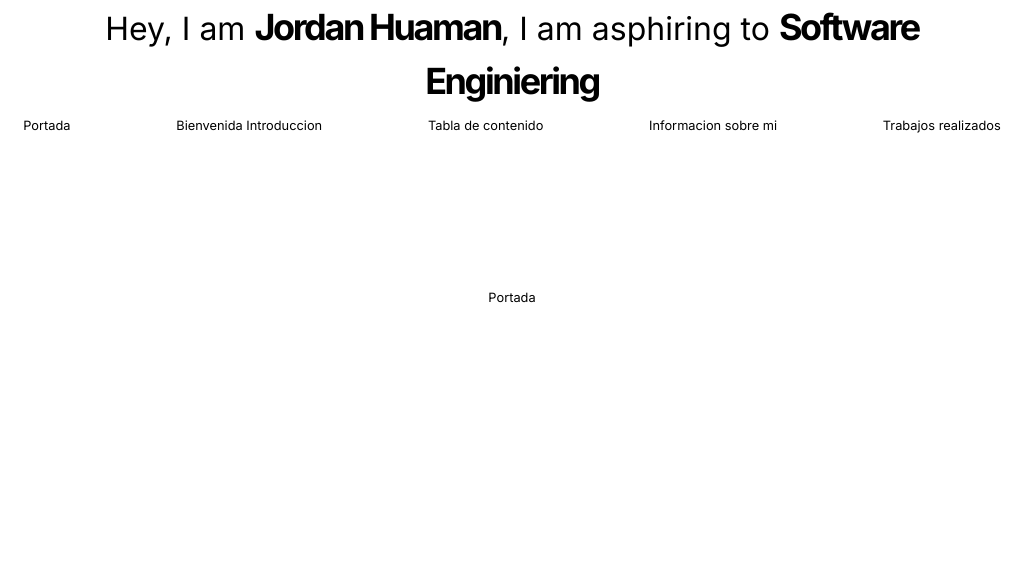
Repository: devsecops-node/portafolio-nextj-pages
Page: /
These files come from the project's save history. The page is drawn as it stood at one moment and after the next save; the edit follows.
The browser window is 1280 px wide. The pictures show the whole page, at 80% of full size.
The project was rebuilt for these pictures with package versions that can differ from the ones it lists, and the page was loaded fresh each time. The framework's server and built-in components were replaced by stand-ins that run in the browser. Also part of the build but not shown: next.config.js, src/styles/transitionPage.module.css.

Above is the page before, as saved 2024-01-15 03:49:29.

After the next save:
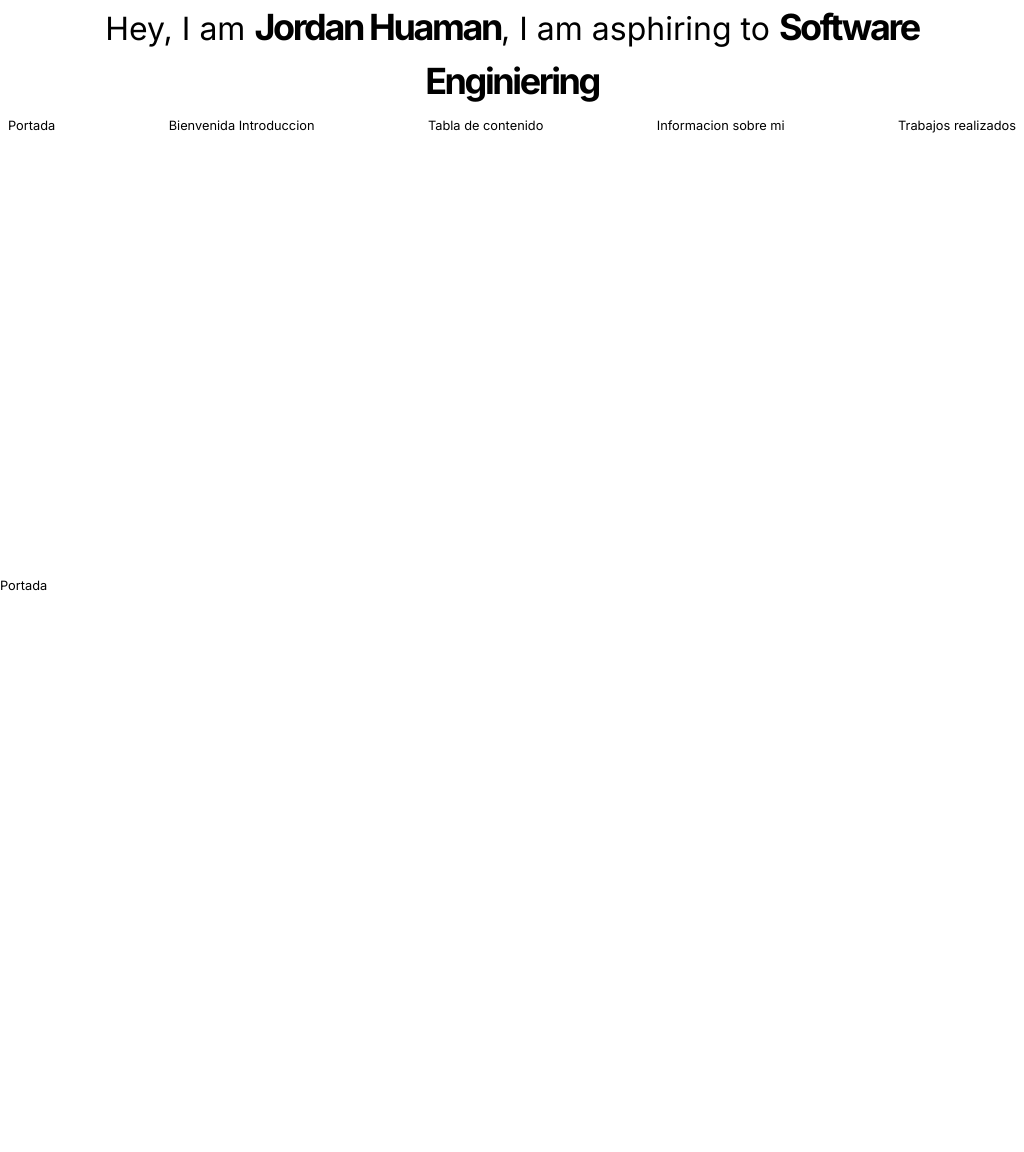
Saved 19 s later.
--- a/src/styles/dashboard.module.css
+++ b/src/styles/dashboard.module.css
@@ -1,10 +1,6 @@
 /* ? Home-view part */
 .home_view {
   height: 100%;
-  display: flex;
-  flex-direction: column;
-  justify-content: center;
-  align-items: center;
 }
 
 .animar_text {
